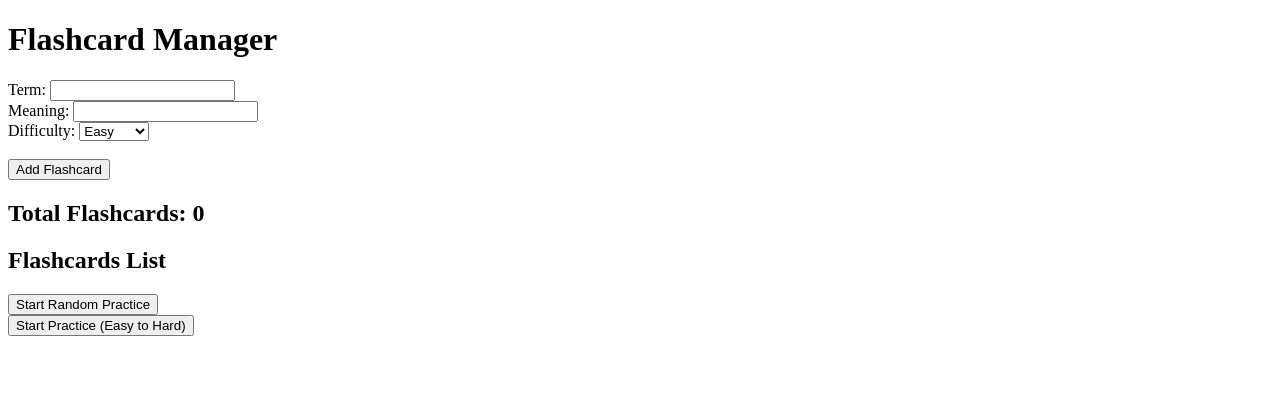
Repository: Oriyin/Algorithm_StudyHelper
Page: http://localhost/flashcards
An editor plug-in stored every save of this project. The page is shown before and after the next save, followed by the edit.
The browser window is 1280 px wide. The pictures show the whole page.
The page is served by the project's application, run on Flask 3 (backend/app.py).

Above is the page before, as saved 2024-10-11 13:16:25.

After the next save:
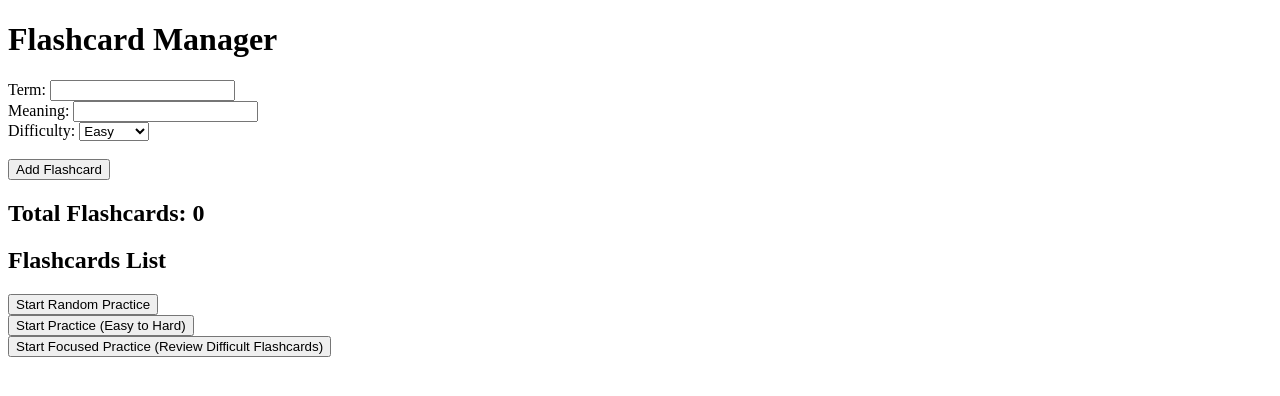
Saved 60 s later.
--- a/templates/flashcards.html
+++ b/templates/flashcards.html
@@ -46,5 +46,10 @@
     <form method="GET" action="{{ url_for('start_practice_by_difficulty') }}">
         <button type="submit">Start Practice (Easy to Hard)</button>
     </form>
+
+    <!-- Button to start reviewing flashcards that need more practice (incorrect_count > 2) -->
+    <form method="GET" action="{{ url_for('start_focused_practice') }}">
+        <button type="submit">Start Focused Practice (Review Difficult Flashcards)</button>
+    </form>
 </body>
 </html>
